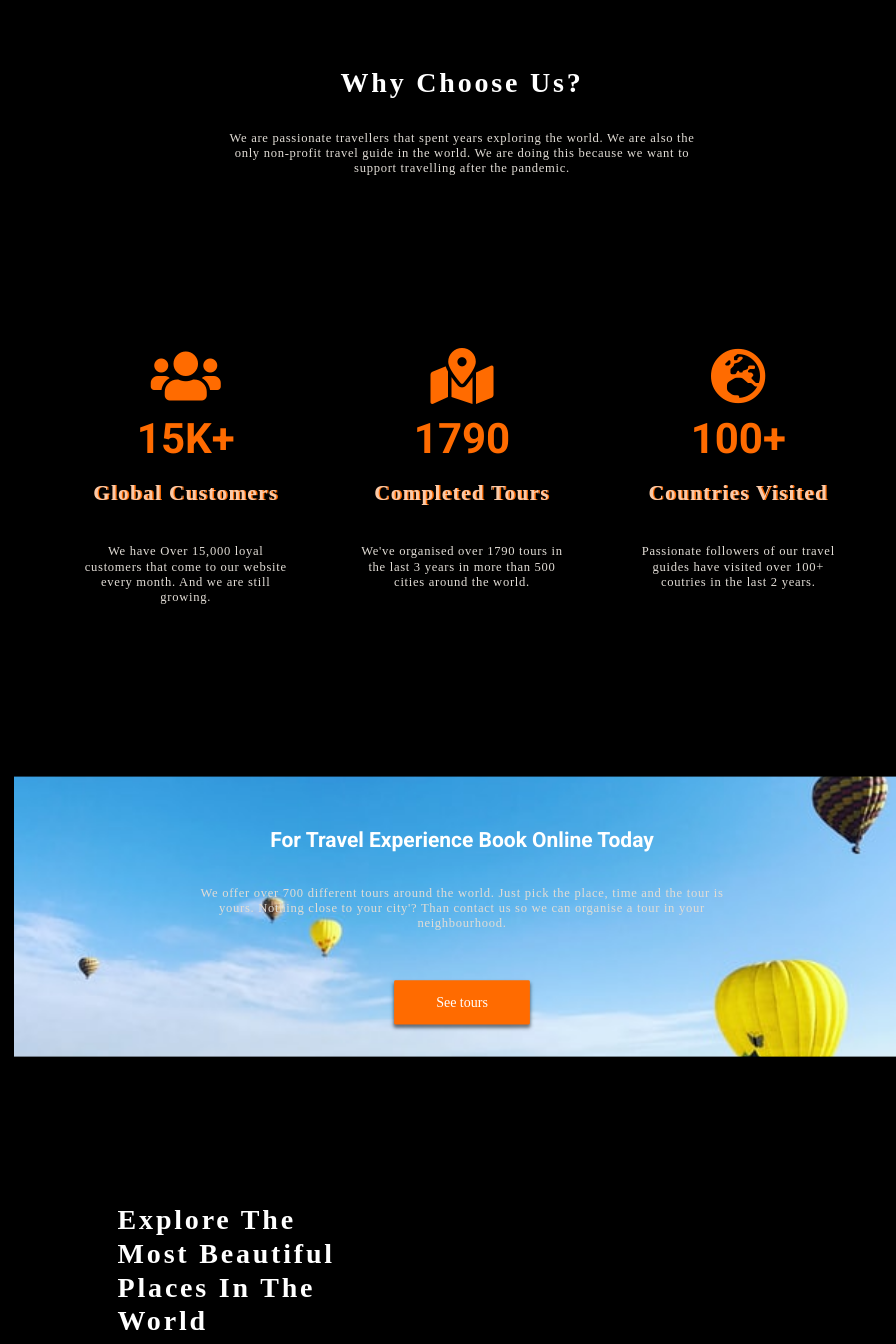
Repository: Hunga9k50doker/wildver-travel
Page: src/index.html
The author's editor kept a copy of each file at every save. The page is drawn from the files as they stood at one save, then again after a run of saves.
The browser window is 1280 px wide. The pictures show the part of the page from y = 4538 to 6458 px (the page is 6458 px tall), at 70% of full size.
An inner scrolling area shows only its first screen. Some web fonts or font styles are not loaded; a fallback is used. The style sheet was rebuilt from its Sass, Less or Tailwind sources for each picture, by a compiler version that may differ from the author's.

Above is the page before, as saved 2021-08-28 20:34:14.

### src/index.html
<!DOCTYPE html>
<html lang="en">
<head>
    <meta charset="UTF-8">
    <meta http-equiv="X-UA-Compatible" content="IE=edge">
    <meta name="viewport" content="width=device-width, initial-scale=1.0">
    <link href="https://fonts.googleapis.com/css2?family=Hina+Mincho&family=Roboto:wght@400;700&display=swap" rel="stylesheet">
    <link rel="stylesheet" href="public/css/normalize.min.css">
    <link rel="stylesheet" href="public/css/grid.css">
    <link rel="stylesheet" href="public/css/base.css">
    <link rel="stylesheet" href="public/css/header.css">
    <link rel="stylesheet" href="public/css/container.css">
    <link rel="stylesheet" href="public/vendor/fontawesome-free-5.15.3-web/css/all.min.css">
    <title>Document</title>
</head>
<body>
    <div class="app">
        <section class="header">
            <section class="header_nav">
                <h1 class="header_nav-home">WildVers</h1>
                <div class="header_nav-body">
                    <a href="/" class="header_nav-body-item">Equipment</a>
                    <a href="/" class="header_nav-body-item">About us</a>
                    <a href="/" class="header_nav-body-item">Blog</a>
                    <button class="header_nav-body-res">Sign Up</button>
                </div>
            </section>
            <section class="header_contain">
                <div class="header_contain-follow">
                    <p>Follow us</p>
                   <a href="/">
                       <i class="fab fa-instagram"></i>
                   </a>
                   <a href="/">
                       <i class="fab fa-twitter-square"></i>
                   </a>
                </div>
                <div class="header_contain-content">
                    <h3 class="header_contain-content-title">A travel guide</h3>
                    <h2>Prepare For The</h2>
                    <h2> Adventure!</h2>
                    <button class="btn">Let's Go</button>
                </div>
            </section>
        </section>
        <section class="container">
            <section class="grid wide">
                <ul class="container_list">

                    <li class="container_list-item">
                        <section class="row ">
                            <section  class="col l-7">
                                <div class="container_list-item-number">01</div>
                                <div class="container_list-item-content">
                                        <h3>Get started</h3>
                                        <h4 class="container_list-item-content-title" >What type of traveller are you?</h4>
                                        <p>Determining what type of traveller you are can be an important tool
                                            when planning future vacations. This guide will help you plan
                                            vacations according to different ratings set by various websites. What
                                            type of traveller are you - novice, moderate, advanced moderate,
                                            expert, or expert backpacker?
                                        </p>
                                        <a href="/">
                                            Read more
                                            <i class="fas fa-long-arrow-alt-right"></i>
                                        </a>
                                </div>
                            </section>
                            <section class="col l-5">
                                <div class="container_list-item-img">
                                    <picture >
                                        <source srcset="public/img/m3.jpg"
                                                media="(min-width: 800px)">
                                        <img src="public/img/m1.jpg" alt="" />
                                    </picture>
                                </div>
                            </section>
                        </section>
                    </li>

                    <li class="container_list-item">
                        <section class="row ">
                            <section class="col l-5">
                                <div class="container_list-item-img">
                                    <picture >
                                        <source srcset="public/img/m4.jpg"
                                                media="(min-width: 800px)">
                                        <img src="public/img/m1.jpg" alt="" />
                                    </picture>
                                </div>
                            </section>
                            <section  class="col l-7">
                                <div class="container_list-item-number">02</div>
                                <div class="container_list-item-content">
                                        <h3>WHERE YOU GO IS THE KEY</h3>
                                        <h4 class="container_list-item-content-title">Picking the right Destination!</h4>
                                        <p>You've made the decision you want to travel more this year. You've
                                            realised experiences are more important than possessions and you've
                                            put together a plan to start saving for your next big trip.
                                            But how are you going to decide where to actually go? Whichever
                                            situation you're in, we have a tips to help you choose your travel
                                            destinations.
                                        </p>
                                        <a href="/">
                                            Read more
                                            <i class="fas fa-long-arrow-alt-right"></i>
                                        </a>
                                </div>
                            </section>
                        </section>
                    </li>

                    <li class="container_list-item">
                        <section class="row ">
                            <section  class="col l-7">
                                <div class="container_list-item-number">03</div>
                                <div class="container_list-item-content">
                                        <h3>KNOW THE COUNTRY</h3>
                                        <h4 class="container_list-item-content-title">Understand the Locals and their Traditions</h4>
                                        <p>Before you head out, do your research on the different customs (the
                                            do's and don'ts) of the country you're traveling to. For instance, what
                                            percentage do they typically tip? Are there different laws? Are there
                                            common tourist scanms? Will there be any cultural events while you're
                                            there? There are a lot of things you might not even think of, but it's
                                            simple enough to research "do's and don'ts" infographics on different
                                            countries for that information.
                                        </p>
                                        <a href="/">
                                            Read more
                                            <i class="fas fa-long-arrow-alt-right"></i>
                                        </a>
                                </div>
                            </section>
                            <section class="col l-5">
                                <div class="container_list-item-img">
                                    <picture >
                                        <source srcset="public/img/m5.jpg"
                                                media="(min-width: 800px)">
                                        <img src="public/img/m1.jpg" alt="" />
                                    </picture>
                                </div>
                            </section>
                        </section>
                    </li>

                    <li class="container_list-item">
                        <section class="row ">
                            <section  class="col l-6">
                                    <div class="container_list-item-content">
                                        <h4 class="container_list-item-content-title">Let's Explore The World</h4>
                                        <button class="btn btn-primary">Explore</button>
                                    </div>
                                </section>
                                <section class="col l-6">
                                        <p class="container_list-item-text">There's a whole wide world out there, and it contains so many
                                            unknowns - but we all only get one life. At WildVers, we believe that we
                                            should travel the world while we have the chance.
                                            If you're just starting to think about why you should travel, or you're
                                            looking for travel inspiration, then we're here to help. Here are some of
                                            the best countries you should definitely visit.
                                        </p>
                                </section>
                        </section>
                    </li>

                    <li class="container_list-item">
                        <section class="row ">
                                <section class="container_list-item-img container_list-item-img-slider">

                                       <picture class="container_list-item-img-slider-single">
                                           <source srcset="public/img/canada.jpg"
                                           media="(min-width: 800px)">
                                           <img src="public/img/m1.jpg" alt="" />
                                        </picture>

                                       <picture class="container_list-item-img-slider-single">
                                           <source srcset="public/img/china.jpg"
                                           media="(min-width: 800px)">
                                           <img src="public/img/m1.jpg" alt="" />
                                        </picture>

                                       <picture class="container_list-item-img-slider-single active">
                                           <source srcset="public/img/greece.jpg"
                                           media="(min-width: 800px)">
                                           <img src="public/img/m1.jpg" alt="" />
                                        </picture>

                                       <picture class="container_list-item-img-slider-single">
                                           <source srcset="public/img/italy.jpg"
                                           media="(min-width: 800px)">
                                           <img src="public/img/m1.jpg" alt="" />
                                        </picture>

                                       <picture class="container_list-item-img-slider-single">
                                           <source srcset="public/img/hanquoc.jpg"
                                           media="(min-width: 800px)">
                                           <img src="public/img/m1.jpg" alt="" />
                                        </picture>

                                        <picture class="container_list-item-img-slider-single">
                                            <source srcset="public/img/norway.jpg"
                                            media="(min-width: 800px)">
                                            <img src="public/img/m1.jpg" alt="" />
                                         </picture>

                                        <picture class="container_list-item-img-slider-single">
                                            <source srcset="public/img/soufthafica.jpg"
                                            media="(min-width: 800px)">
                                            <img src="public/img/m1.jpg" alt="" />
                                         </picture>

                                        <picture class="container_list-item-img-slider-single">
                                            <source srcset="public/img/thailand.jpg"
                                            media="(min-width: 800px)">
                                            <img src="public/img/m1.jpg" alt="" />
                                         </picture>

                            </section>
                        </section>
                    </li>

                    <li class="container_list-item">
                        <section class="row">
                            <section class="col l-12">
                                <div class="container_list-item-content container_list-item-content-reason">
                                    <h4 style="margin:0;max-width: 100%;" class="container_list-item-content-title">
                                        Why Choose Us?
                                    </h4>
                                    <p>
                                        We are passionate travellers that spent years exploring the world. We are also the only
                                        non-profit travel guide in the world. We are doing this because we want to support travelling
                                        after the pandemic.
                                    </p>
                                </div>
                            </section>

                        </section>
                    </li>

                    <li class="container_list-item">
                        <div class="row">
                          <div class="col l-4">
                              <div class="container_list-item-achievements">
                                  <i class="fas fa-users"></i>
                                  <h3>15K+</h3>
                                  <h4>Global Customers</h4>
                                  <p>We have Over 15,000 loyal customers
                                        that come to our website every month.
                                        And we are still growing.
                                  </p>
                              </div>
                          </div>
                          <div class="col l-4">
                            <div class="container_list-item-achievements">
                                <i class="fas fa-map-marked-alt"></i>
                                <h3>1790</h3>
                                <h4>Completed Tours</h4>
                                <p>We've organised over 1790 tours in the
                                    last 3 years in more than 500 cities
                                    around the world.
                                </p>
                            </div>
                        </div>
                        <div class="col l-4">
                            <div class="container_list-item-achievements">
                                <i class="fas fa-globe-europe"></i>
                                <h3>100+</h3>
                                <h4>Countries Visited</h4>
                                <p>Passionate followers of our travel guides
                                    have visited over 100+ coutries in the
                                    last 2 years.
                                </p>
                            </div>
                        </div>

                        </div>
                    </li>
                    <li class="container_list-item">
                        <div class="row">
                            <div class="col l-12 m-12 c-12">
                                <div class="container_list-item-visit-tours">
                                    <h3>For Travel Experience Book Online Today
                                    </h3>
                                    <p>We offer over 700 different tours around the world. Just pick the place, time and
                                        the tour is yours. Nothing close to your city'? Than contact us so we can organise a
                                        tour in your neighbourhood.
                                    </p>
                                    <button class="btn btn-primary">See tours</button>
                                </div>
                            </div>
                        </div>
                    </li>
                    <li class="container_list-item">

                        <section class="row ">
                            <section  class="col l-6">
                                    <div class="container_list-item-content">
                                        <h4 class="container_list-item-content-title">Explore The Most Beautiful
                                            Places In The World</h4>
                                        <p class="container_list-item-text">There's a whole wide world out there, and it contains so many
                                            unknowns - but we all only get one life. At WildVers, we believe that we
                                            should travel the world while we have the chance.
                                            If you're just starting to think about why you should travel, or you're
                                            looking for travel inspiration, then we're here to help. Here are some of
                                            the best countries you should definitely visit.
                                        </p>
                                        <button class="btn btn-primary">Explore</button>
                                    </div>
                                </section>
                                <section class="col l-6">

                                </section>
                        </section>
                    </li>
                </ul>
            </section>
        </section>
    </div>
</body>
</html>

### src/public/css/normalize.min.css
html{line-height:1.15;-webkit-text-size-adjust:100%}body{margin:0}main{display:block}h1{font-size:2em;margin:.67em 0}hr{box-sizing:content-box;height:0;overflow:visible}pre{font-family:monospace,monospace;font-size:1em}a{background-color:transparent}abbr[title]{border-bottom:none;text-decoration:underline;text-decoration:underline dotted}b,strong{font-weight:bolder}code,kbd,samp{font-family:monospace,monospace;font-size:1em}small{font-size:80%}sub,sup{font-size:75%;line-height:0;position:relative;vertical-align:baseline}sub{bottom:-.25em}sup{top:-.5em}img{border-style:none}button,input,optgroup,select,textarea{font-family:inherit;font-size:100%;line-height:1.15;margin:0}button,input{overflow:visible}button,select{text-transform:none}[type=button],[type=reset],[type=submit],button{-webkit-appearance:button}[type=button]::-moz-focus-inner,[type=reset]::-moz-focus-inner,[type=submit]::-moz-focus-inner,button::-moz-focus-inner{border-style:none;padding:0}[type=button]:-moz-focusring,[type=reset]:-moz-focusring,[type=submit]:-moz-focusring,button:-moz-focusring{outline:1px dotted ButtonText}fieldset{padding:.35em .75em .625em}legend{box-sizing:border-box;color:inherit;display:table;max-width:100%;padding:0;white-space:normal}progress{vertical-align:baseline}textarea{overflow:auto}[type=checkbox],[type=radio]{box-sizing:border-box;padding:0}[type=number]::-webkit-inner-spin-button,[type=number]::-webkit-outer-spin-button{height:auto}[type=search]{-webkit-appearance:textfield;outline-offset:-2px}[type=search]::-webkit-search-decoration{-webkit-appearance:none}::-webkit-file-upload-button{-webkit-appearance:button;font:inherit}details{display:block}summary{display:list-item}template{display:none}[hidden]{display:none}
/*# sourceMappingURL=normalize.min.css.map */

### src/resources/scss/base.scss
@import "variables";

*{
    font-size: 62.5%;
    box-sizing: inherit;
}
html{
    margin: 0;
    padding: 0;
    line-height: 1.6rem;
    box-sizing: border-box;
    font-family: 'Roboto', sans-serif;
}
h1,h2,h4,p{
    font-family: 'Hina Mincho', serif;
}

a{
    color: $white-color;
    text-decoration: none;
}

source,img{
    background-size: cover;
    width: 100%;
    height: 52rem;
}

.btn{
    padding:2rem 6rem;
    font-family: 'Besley', serif;
    font-weight: 500;
    font-size: 2rem;
    background: $orange-color;
    color:$white-color;
    border: none;
    border-radius: 2px;
    box-shadow: 0 4px 5px 1px rgba(0,0,0,0.5);
    cursor: pointer;
    transform:translateY(0) scale(1);
    transition: transform 0.3s;
    &:hover{
         box-shadow: 0 0  1px rgba(255,255,255,0.5);
         transform:translateY(4px) scale(0.9);
         transition: transform 0.3s;
    }
 }

 .btn-primary{
     margin-top: 5rem;
 }

### src/resources/scss/_variables.scss
$orange-color: #ff6b00;
$white-color: #fff;
$text-color: #e2ddd6;
$waxen-color: #f9caa9;
$black-color: #030101;

Loaded but not shown: src/public/vendor/fontawesome-free-5.15.3-web/css/all.min.css (library); src/public/css/grid.css (594 lines, source omitted); src/resources/scss/container.scss (232 lines, source omitted); src/resources/scss/header.scss (154 lines, source omitted)

After the next 2 saves:
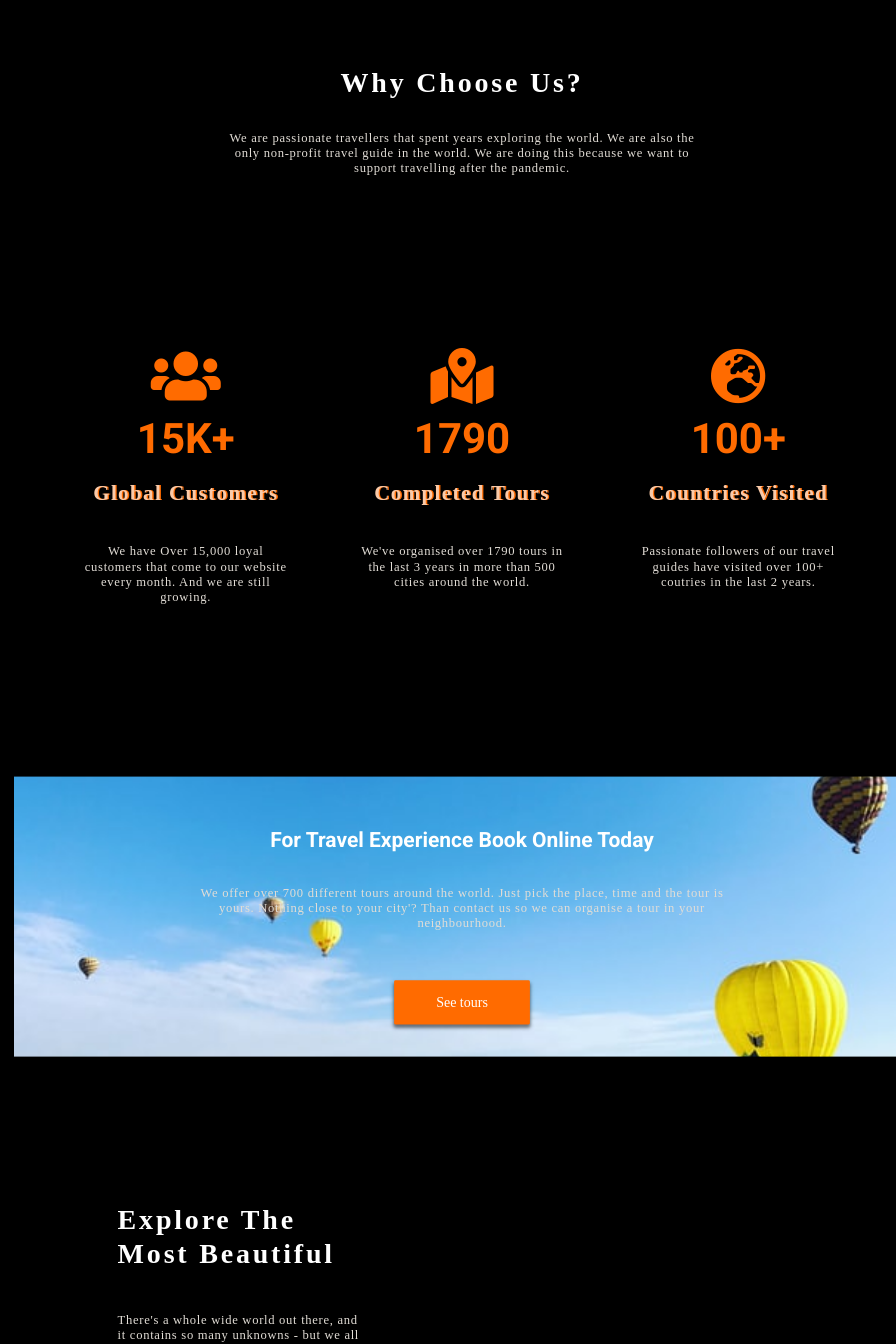
The 2 saves are shown as one change because they came seconds apart.
The last was saved 9 s later.
--- a/src/index.html
+++ b/src/index.html
@@ -296,7 +296,6 @@
                             <section  class="col l-6">
                                     <div class="container_list-item-content">
                                         <h4 class="container_list-item-content-title">Explore The Most Beautiful
-                                            Places In The World</h4>
                                         <p class="container_list-item-text">There's a whole wide world out there, and it contains so many
                                             unknowns - but we all only get one life. At WildVers, we believe that we
                                             should travel the world while we have the chance.
